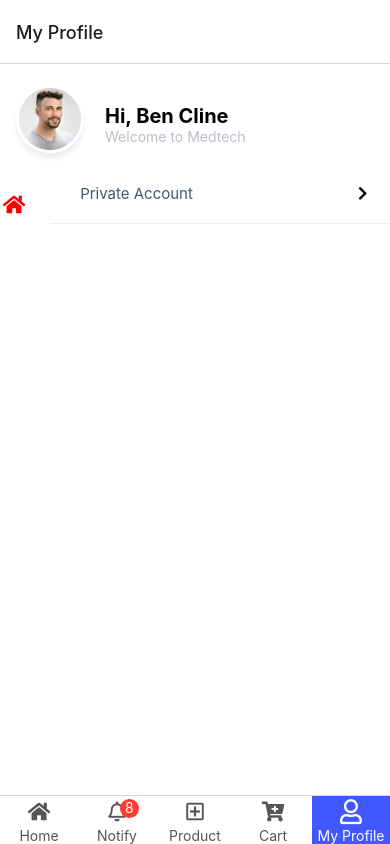
Repository: ntu34543/designReactNative
Screen: /My Profile
These files come from the project's save history. The screen is drawn as it stood at one moment and after the next save; the edit follows.
The app was drawn by React Native's web renderer in a window 390 px wide. The project was rebuilt for these pictures with package versions that can differ from the ones it lists, and the page was loaded fresh each time. Some packages were replaced by stand-ins written for this rebuild. Also part of the build but not shown: page/DiabetesCare.js, page/Notify.js, page/Cart.js.

Above is the screen before, as saved 2022-11-02 10:52:50.

After the next save:
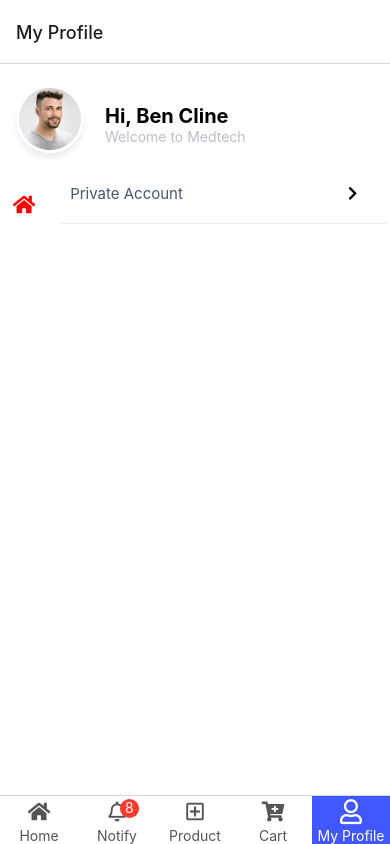
Saved 4 s later.
--- a/page/Profile.js
+++ b/page/Profile.js
@@ -85,7 +85,7 @@ const styles = StyleSheet.create({
     marginLeft: 25,
     alignItems: "center",
     paddingRight: 30,
-    paddingLeft: 30,
+    paddingLeft: 10,
     paddingBottom: 20,
   },
   text3: {
